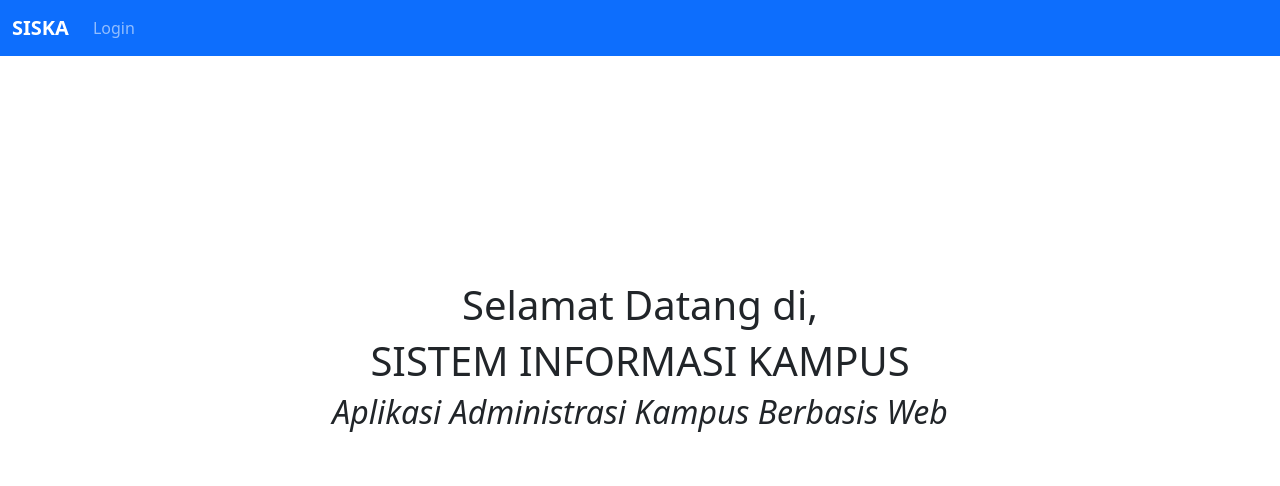
Repository: WiraAtma/administrasi-kampus
Page: http://localhost/
An editor plug-in stored every save of this project. The page is shown before and after the next save, followed by the edit.
The browser window is 1280 px wide. The pictures show the whole page.
The page is served by the project's Laravel application, run on PHP 8.4 with Laravel 12.

Above is the page before, as saved 2024-10-25 15:29:09.

After the next save:
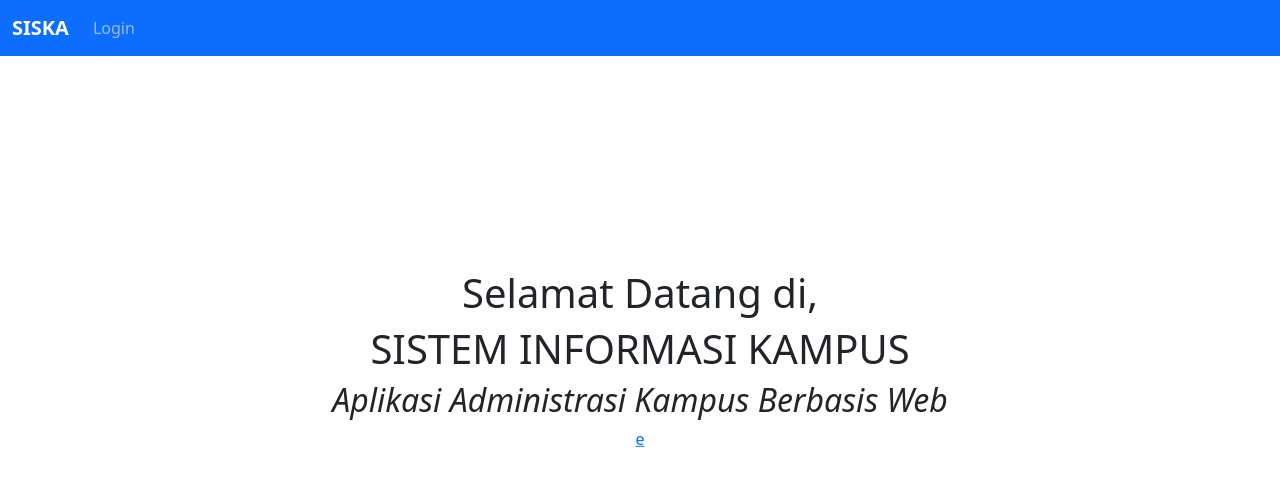
Saved 6 s later.
--- a/resources/views/home.blade.php
+++ b/resources/views/home.blade.php
@@ -8,7 +8,7 @@
         <h1>Selamat Datang di, </h1>
         <h1>SISTEM INFORMASI KAMPUS</h1>
         <h2><i>Aplikasi Administrasi Kampus Berbasis Web</i></h2>
-        <a href=""></a>
+        <a href="">e</a>
     </div>
 
 </div>

After the save that followed:
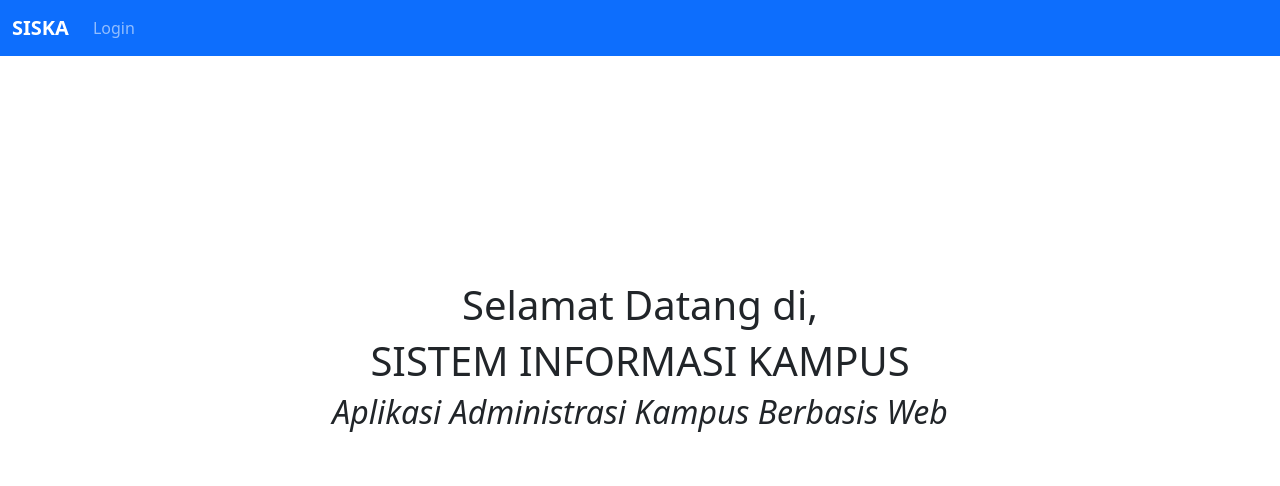
Saved 4 s later.
--- a/resources/views/home.blade.php
+++ b/resources/views/home.blade.php
@@ -8,7 +8,7 @@
         <h1>Selamat Datang di, </h1>
         <h1>SISTEM INFORMASI KAMPUS</h1>
         <h2><i>Aplikasi Administrasi Kampus Berbasis Web</i></h2>
-        <a href="">e</a>
+        <a href=""></a>
     </div>
 
 </div>
